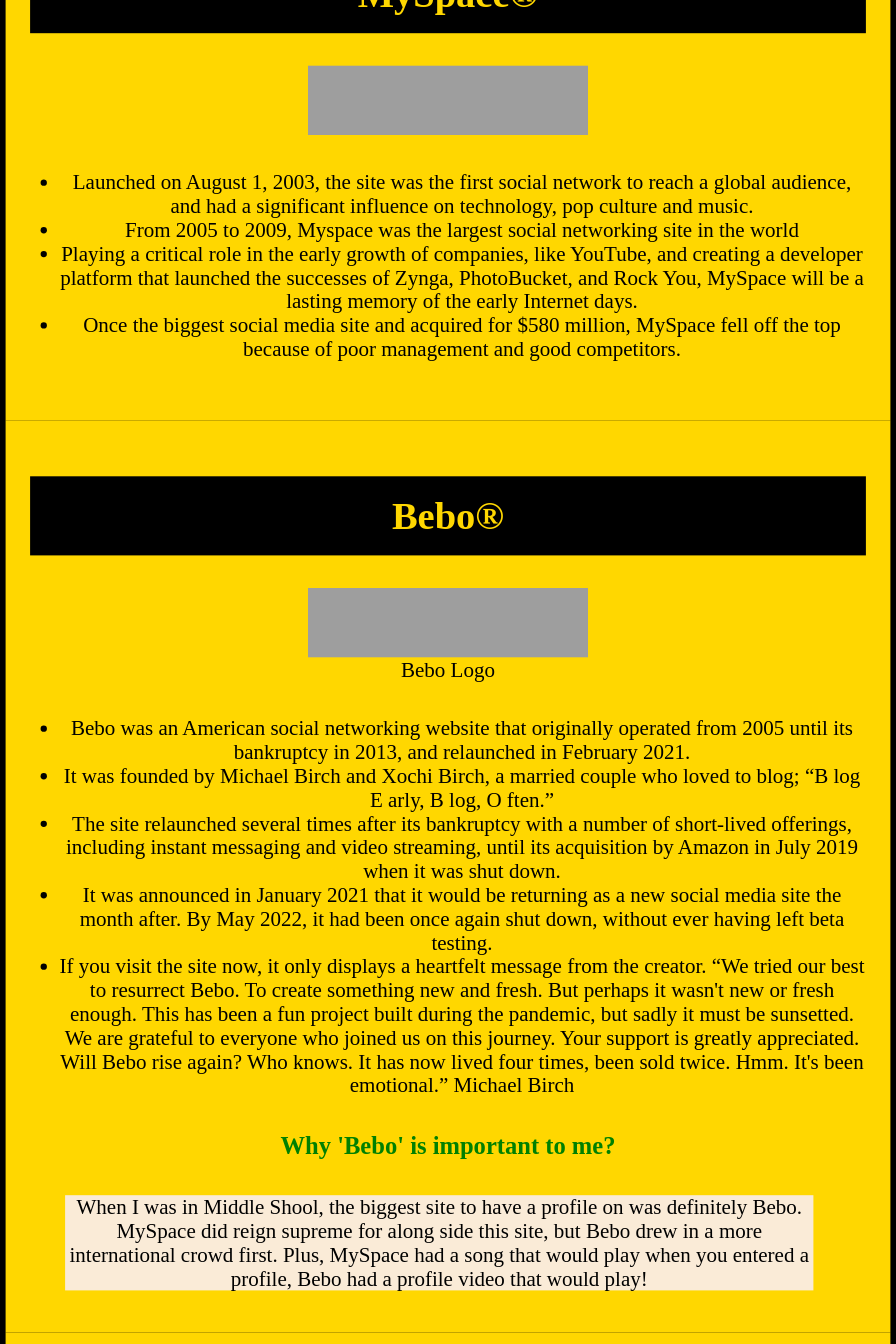
Repository: AndrewGrantt/LC101
Page: LC101/js-assignment-4-html-me-something-buffylow/index.html
An editor plug-in stored every save of this project. The page is shown before and after the next save, followed by the edit.
The browser window is 1280 px wide. The pictures show the part of the page from y = 468 to 2388 px (the page is 3582 px tall before and 3616 px after), at 70% of full size.
Pictures or frames that could not be fetched are drawn as grey boxes.

Above is the page before, as saved 2022-07-15 07:35:19.

### LC101/js-assignment-4-html-me-something-buffylow/index.html
<html>
<head>
<title>SOCIAL NETWORKS FOR THE AGES</title>
<link rel="stylesheet" href="styles.css">
</head>
<body>

<article class="all-sites">
   <h1 id="mainHeader">Social Media When I Was A Youngin'</h1>
  <article class="sites">

    <h2 id="headcolor">MySpace&reg;</h2>
    <img src="/images/MySpace_logo.JPG" alt="MySpace Logo 2004-2010" width="400" height="100">
    <p>
     <ul>
      <li>Launched on August 1, 2003, the site was the first social network to reach a global audience, and had a significant influence on technology, pop culture and music.</li>

      <li>From 2005 to 2009, Myspace was the largest social networking site in the world</li>

      <li>Playing a critical role in the early growth of companies, like YouTube, and creating a developer platform that launched the successes of Zynga, PhotoBucket, and Rock You, MySpace will be a lasting memory of the early Internet days. </li>

      <li> Once the biggest social media site and acquired for $580 million, MySpace fell off the top because of poor management and good competitors. </li>
     </ul>
   </p>

  </article>

  <article class="sites">
    <h2 id="headcolor">Bebo&reg;</h2>
    <figure>
      <img src="/images/bebo.JPG" alt="Bebo Logo" width="400" height="100">
      <figcaption>Bebo Logo</a></figcaption>
   </figure>
    <p>
    <ul>
      <li>Bebo was an American social networking website that originally operated from 2005 until its bankruptcy in 2013, and relaunched in February 2021.</li>
          <li>It was founded by Michael Birch and Xochi Birch, a married couple who loved to blog;
          “B log E arly, B log, O ften.” </li>
      <li>The site relaunched several times after its bankruptcy with a number of short-lived offerings, including instant messaging and video streaming, until its acquisition by Amazon in July 2019 when it was shut down. </li>
      <li>It was announced in January 2021 that it would be returning as a new social media site the month after. By May 2022, it had been once again shut down, without ever having left beta testing. </li>
     <li> If you visit the site now, it only displays a heartfelt message from the creator.


      “We tried our best to resurrect Bebo.
      To create something new and fresh.
      But perhaps it wasn't new or fresh enough.
      This has been a fun project built during the pandemic, but sadly it must be sunsetted. We are grateful to everyone who joined us on this journey. Your support is greatly appreciated.
      Will Bebo rise again?
      Who knows. It has now lived four times, been sold twice. Hmm.
      It's been emotional.”

      Michael Birch</li>
   </ul>
   </p>
      <h3 class="funParagraph"> Why 'Bebo' is important to me?</h3>
      <p>
         When I was in Middle Shool, the biggest site to have a profile on was definitely Bebo. MySpace did reign supreme for along side this site, but Bebo drew in a more international crowd first. Plus, MySpace had a song that would play when you entered a profile, Bebo had a profile video that would play!
      </p>
  </article>
  <article class="sites">
    <h2 id="headcolor">AOL&reg;</h2>
    <img src="/images/AOL.JPG" alt="AOL Logo" width="500" height="300">
    <p>
      <ul>
      <li>Aol., originally known as America Online,is an American web portal and online service provider based in New York City.</li>
      <li>It is a brand marketed by the current Yahoo Inc.</li>
      <li>The company grew to become the largest online service, displacing established players like CompuServe and The Source. </li>
      <li>By 1995, there were about three million active users.</li>
      <li>AOL was one of the early pioneers of the Internet in the mid-1990s, and the most recognized brand on the web in the United States. It originally provided a dial-up service to millions of Americans, pioneered instant messaging, and in 1993 began adding internet access.</li>
       <li>The popularity rapidly shrank thereafter, partly due to the decline of dial-up and rise of broadband.</li>
      <li>Eventually, the company was spun off from Time Warner in 2009.</li>
      <li>June 23, 2015,Verizon Communications bought AOL was acquired for $4.4 billion.</li>
      <li>On May 3, 2021, Verizon announced it would sell Yahoo and AOL to private equity firm Apollo Global Management for $5 billion.</li>
      </ul>
      </p>
  </article>
</article>
<footer>
   I CAN'T FORGET ABOUT THE SITES THAT MADE US

  --- &copy; Andrew 'BuffyLow' Grant---
</footer>
</body>
</html>

### LC101/js-assignment-4-html-me-something-buffylow/styles.css

body {
    background-color: black;
  }

  h1 {
    color: rgb(43, 49, 226);
    margin-left: 20px;
    font-size: 75px;
  }

    .sites {
    color: black;
    text-align: center;
    padding: 35px;
    background-color: gold;
    font-size: 30px;
  }
  p {
    margin-top: 50px;
    margin-bottom: 25px;
    margin-right: 75px;
    margin-left: 50px;
background-color: antiquewhite;
  }
  #mainHeader {
    background-color: red;
    color: black;
    padding: 40px;
    text-align: center;}

    #testP{
        color:black;
        text-align:center;
    }
    .funParagraph{
        color:green
    }
    #headcolor{
        color:gold;
        padding: 25px;
        background-color: black;
        font-size: 55px;

    }

After the next save:
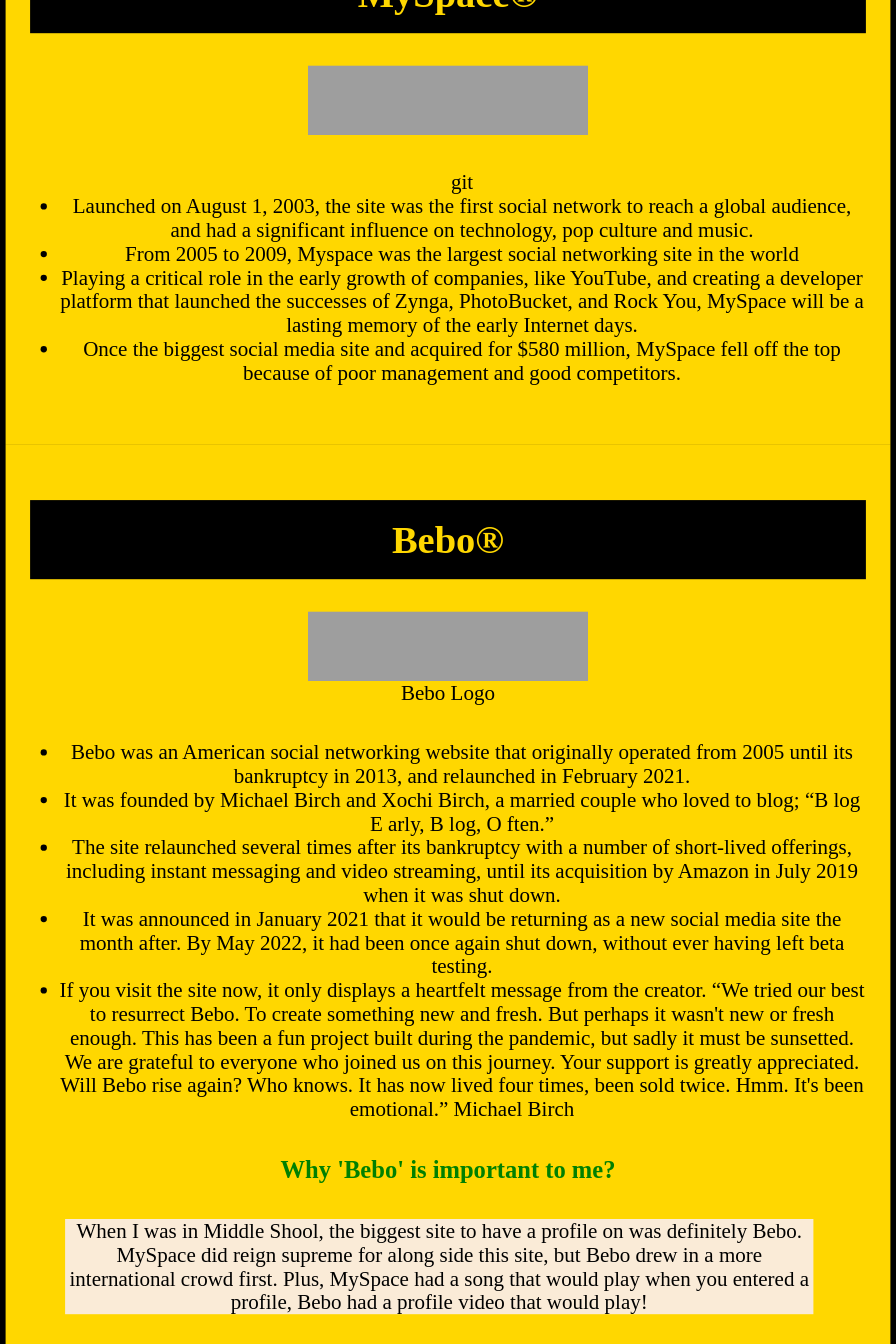
Saved 5 min 32 s later.
--- a/LC101/js-assignment-4-html-me-something-buffylow/index.html
+++ b/LC101/js-assignment-4-html-me-something-buffylow/index.html
@@ -12,7 +12,7 @@
     <h2 id="headcolor">MySpace&reg;</h2>
     <img src="/images/MySpace_logo.JPG" alt="MySpace Logo 2004-2010" width="400" height="100">
     <p>
-     <ul>
+     <ul> git
       <li>Launched on August 1, 2003, the site was the first social network to reach a global audience, and had a significant influence on technology, pop culture and music.</li>
 
       <li>From 2005 to 2009, Myspace was the largest social networking site in the world</li>
